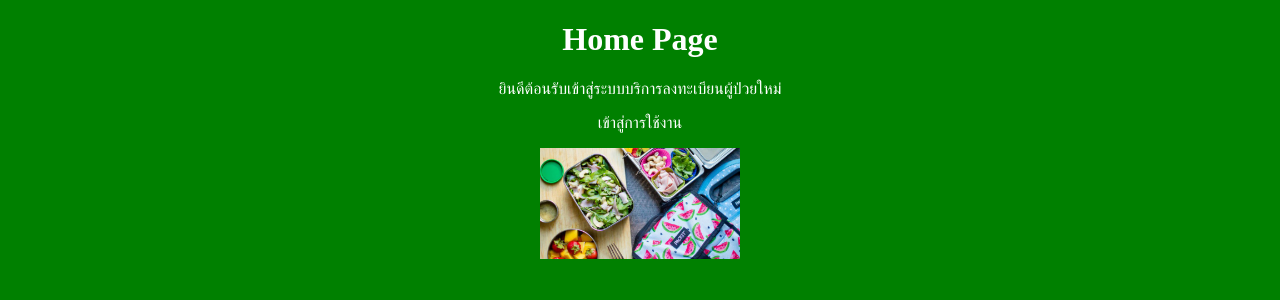
Repository: iamsamitdev/java_class_rd
Page: http://localhost/HelloJSP/
The author's editor kept a copy of each file at every save. The page is drawn from the files as they stood at one save, then again after the next save.
The browser window is 1280 px wide. The pictures show the whole page.
Some web fonts or font styles are not loaded; a fallback is used. The page is served by Tomcat 9.

Above is the page before, as saved 2020-03-11 08:29:29.

After the next save:
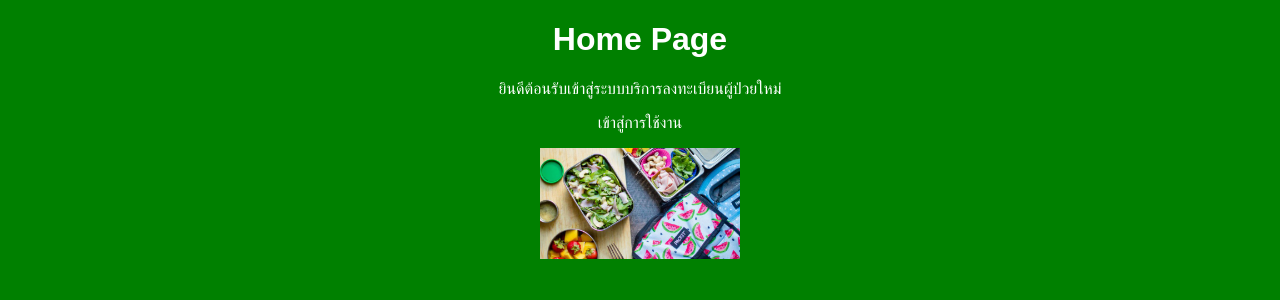
Saved 27 s later.
--- a/JSP/HelloJSP/WebContent/index.jsp
+++ b/JSP/HelloJSP/WebContent/index.jsp
@@ -12,7 +12,7 @@
 		background-color: green;
 		color: white;
 		text-align: center;
-		font-family: Angsana news;
+		font-family: 'Kanit', sans-serif;
 	}
 </style>
 </head>
